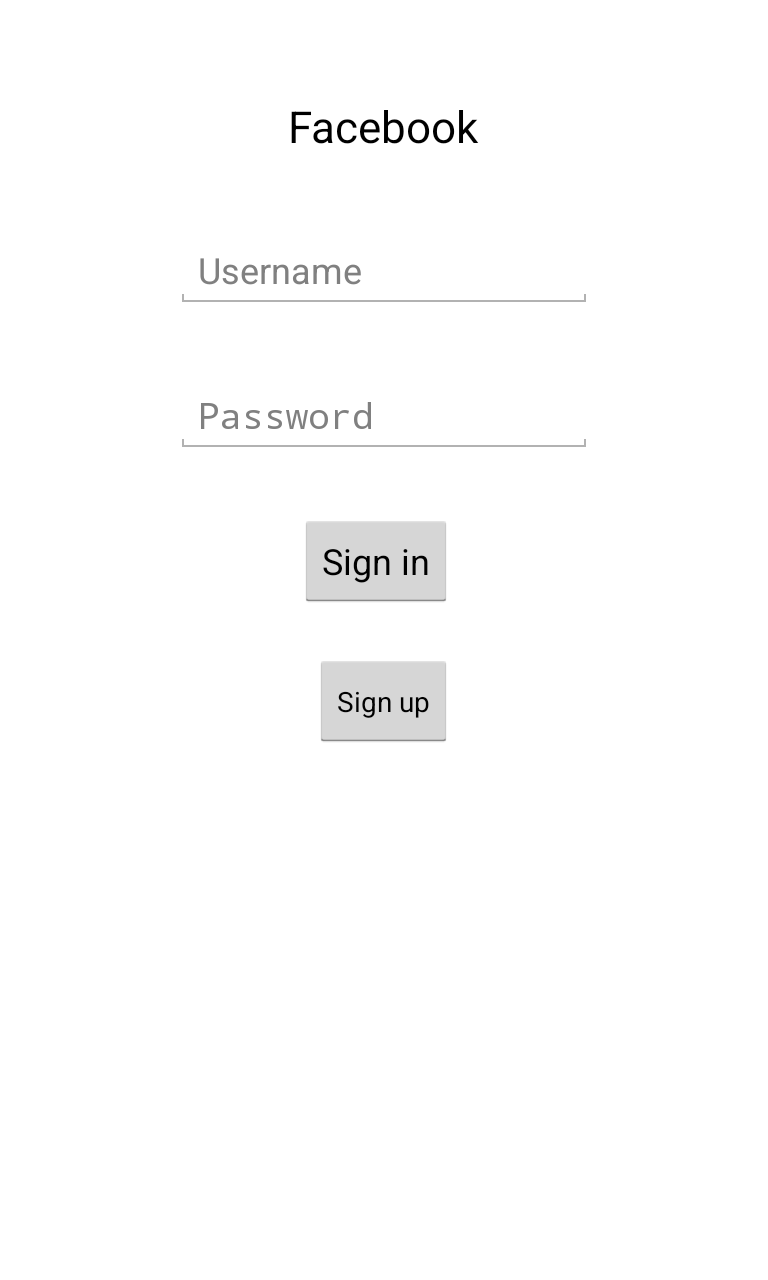
Repository: priyankaaj/practiced-apps
Layout: Facebook2/res/layout/activity_main.xml
An editor plug-in stored every save of this project. The layout is shown before and after the next save, followed by the edit.
It is drawn on a 768 x 1280 px phone screen (xhdpi) without system bars, with theme AppTheme; the app's code is not run.

Above is the layout before, as saved 2015-10-01 05:15:29.

### Facebook2/res/layout/activity_main.xml
<RelativeLayout xmlns:android="http://schemas.android.com/apk/res/android"
    xmlns:tools="http://schemas.android.com/tools"
    android:layout_width="match_parent"
    android:layout_height="match_parent"
    android:paddingBottom="@dimen/activity_vertical_margin"
    android:paddingLeft="@dimen/activity_horizontal_margin"
    android:paddingRight="@dimen/activity_horizontal_margin"
    android:paddingTop="@dimen/activity_vertical_margin"
    tools:context=".MainActivity" >

    <TextView
        android:id="@+id/textViewfb"
        android:layout_width="wrap_content"
        android:layout_height="wrap_content"
        android:layout_alignParentTop="true"
        android:layout_centerHorizontal="true"
        android:layout_marginTop="32dp"
        android:text="Facebook"
        android:textAppearance="?android:attr/textAppearanceLarge" />

    <EditText
        android:id="@+id/editTextpwd"
        android:layout_width="wrap_content"
        android:layout_height="wrap_content"
        android:layout_below="@+id/editTextusrnme"
        android:layout_centerHorizontal="true"
        android:layout_marginTop="33dp"
        android:ems="10"
        android:hint="Password"
        android:inputType="textPassword" />

    <EditText
        android:id="@+id/editTextusrnme"
        android:layout_width="wrap_content"
        android:layout_height="wrap_content"
        android:layout_below="@+id/textViewfb"
        android:layout_centerHorizontal="true"
        android:layout_marginTop="38dp"
        android:ems="10"
        android:hint="Username" />

    <Button
        android:id="@+id/buttonsignin"
        android:layout_width="wrap_content"
        android:layout_height="wrap_content"
        android:layout_alignRight="@+id/buttonsignup"
        android:layout_below="@+id/editTextpwd"
        android:layout_marginTop="29dp"
        android:text="Sign in" />

    <Button
        android:id="@+id/buttonsignup"
        style="?android:attr/buttonStyleSmall"
        android:layout_width="wrap_content"
        android:layout_height="wrap_content"
        android:layout_below="@+id/buttonsignin"
        android:layout_centerHorizontal="true"
        android:layout_marginTop="22dp"
        android:text="Sign up" />

</RelativeLayout>

Loaded but not shown: Facebook2/res/values/styles.xml (common file); Facebook2/res/values-v11/styles.xml (common file); Facebook2/res/values-v14/styles.xml (common file); Facebook2/res/values/dimens.xml (common file)

After the next save:
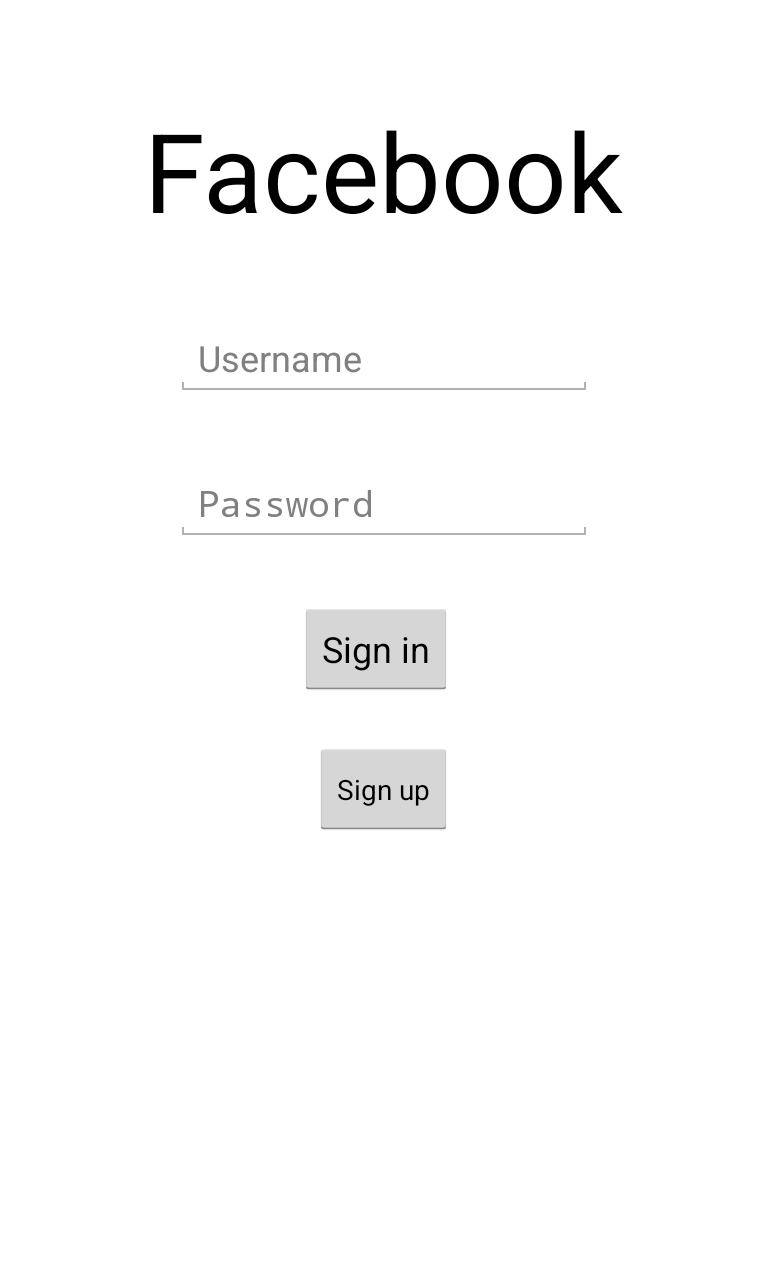
Saved 3 min 47 s later.
--- a/Facebook2/res/layout/activity_main.xml
+++ b/Facebook2/res/layout/activity_main.xml
@@ -16,6 +16,7 @@
         android:layout_centerHorizontal="true"
         android:layout_marginTop="32dp"
         android:text="Facebook"
+        android:textSize="55dp"
         android:textAppearance="?android:attr/textAppearanceLarge" />
 
     <EditText
